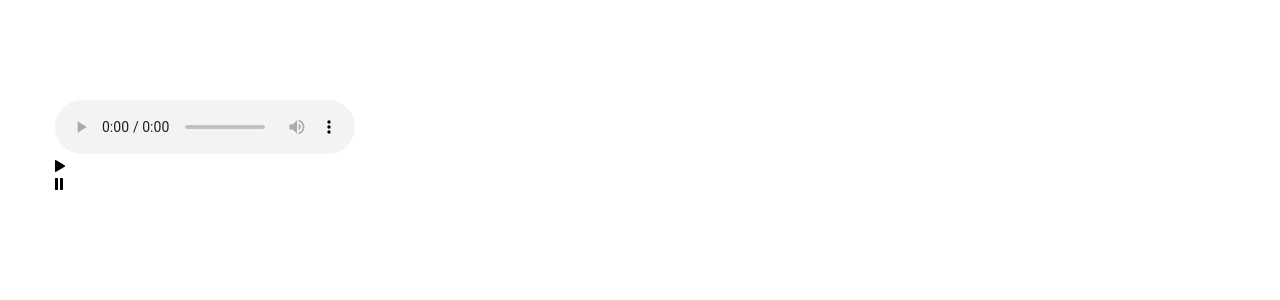
Repository: khanhbinh87/learnJs
Page: customSelect/customAudio/index.html
The author's editor kept a copy of each file at every save. The page is drawn from the files as they stood at one save, then again after a run of saves.
The browser window is 1280 px wide. The pictures show the whole page.

Above is the page before, as saved 2021-06-18 10:50:31.

### customSelect/customAudio/index.html
<!DOCTYPE html>
<html lang="en">
<head>
    <meta charset="UTF-8">
    <meta name="viewport" content="width=device-width, initial-scale=1.0">
    <title>Document</title>
    <link rel="stylesheet" href="style.css">
    <link rel="stylesheet" href="http://code.ionicframework.com/ionicons/2.0.1/css/ionicons.min.css">
</head>
<body>

           <div class="container">
                <audio controls>
                    <source src="https://vnso-zn-10-tf-mp3-320s1-zmp3.zadn.vn/0f74a736f871112f4860/4084563648249736801?authen=exp=1624160308~acl=/0f74a736f871112f4860/*~hmac=8aded0aa83c266eba4c54500bdad9f96&fs=MTYyMzk4NzUwOTAwNnx3ZWJWNnwxMDI0ODQ3MzE5fDE3MS4yNDgdUngMTU5LjE2Ng" type="audio/ogg">

                    Your browser does not support the audio tag.
                </audio>

                <div class="custom-audio">
                <div class="controls">
                        <div class="play">
                            <i class="ion-play"></i>
                        </div>
                        <div class="pause">
                            <i class="ion-pause"></i>
                        </div>
                </div>
                </div>
           </div>

</body>
    <script src="main.js"></script>
</html>

### customSelect/customAudio/style.css
*{margin: 0;padding: 0;box-sizing: border-box;}

.container{
    width: 1170px;
    margin: 100px auto;
}
.custom-audio{
    width: 500px;
}

Loaded but not shown: customSelect/customAudio/main.js (no stored copy; drawn as an empty file)

After the next 2 saves:
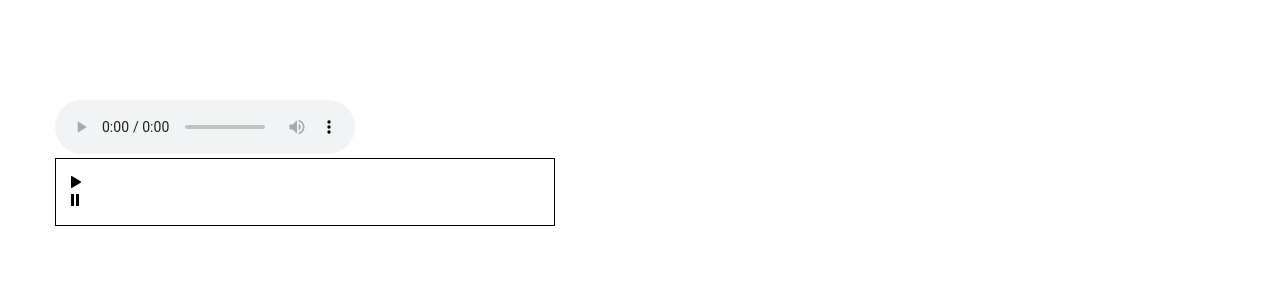
The 2 saves are shown as one change because they came seconds apart.
The last was saved 9 s later.
--- a/customSelect/customAudio/style.css
+++ b/customSelect/customAudio/style.css
@@ -6,4 +6,6 @@
 }
 .custom-audio{
     width: 500px;
+    padding: 15px;
+    border: 1px solid #000;
 }
